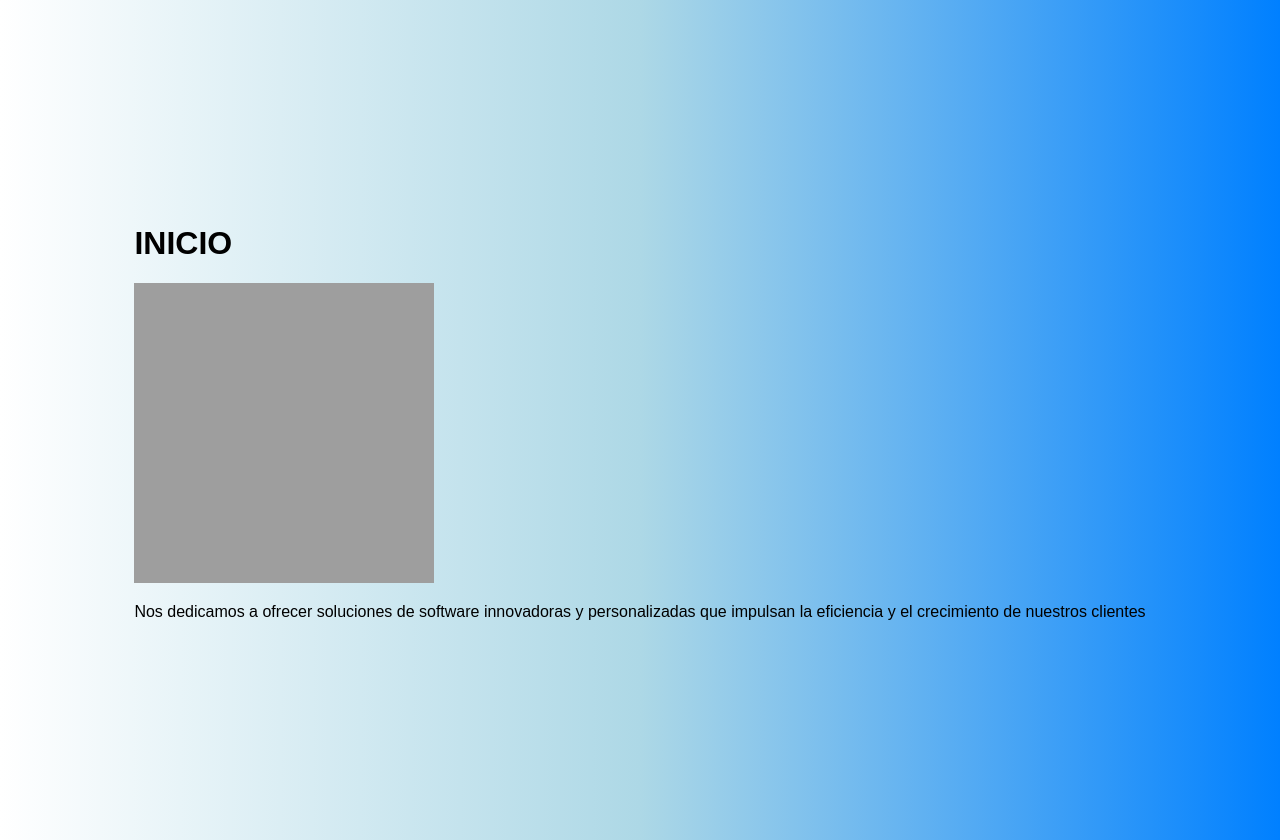
Repository: ANGELEDU141/TAREAWEBEWJASJDASJ
Page: http://localhost/JAVAWEBTAREA/WEB-INF/views/perfil.jsp
These files come from the project's save history. The page is drawn as it stood at one moment and after the next save; the edit follows.
The browser window is 1280 px wide. The pictures show the whole page.
Pictures or frames that could not be fetched are drawn as grey boxes. The page is served by Tomcat 9. Nobody is signed in. Other server files are loaded and not shown. The template is opened directly, without the code that normally fills it, so the values that code supplies are empty.

Above is the page before, as saved 2024-09-01 10:51:57.

### JAVAWEBTAREA/src/main/webapp/WEB-INF/views/perfil.jsp
<%@ page language="java" contentType="text/html; charset=UTF-8"
    pageEncoding="UTF-8"%>
<!DOCTYPE html>
<html>
<head>
<meta charset="UTF-8">
<title>COMPANY CORP</title>
<style type="text/css">


		button{
   			margin-top: 20px;
   			padding: 10px 20px;
            font-size: 16px;
            font-weight: bold;
            color: white;
            background-color: #3498db; /* Color de fondo azul */
            border: none;
            border-radius: 5px; /* Bordes redondeados */
            box-shadow: 0 4px 6px rgba(0, 0, 0, 0.2); /* Sombra sutil */
            cursor: pointer;

   		}

        body {
        margin: 0;
        padding: 60px;
        height: 100vh;
        display: flex;
        align-items:center;
         flex-direction: column;
        justify-content: center; /* Centra horizontalmente */
        align-items: center; /* Centra verticalmente */
        font-family: Arial, sans-serif;
		background: linear-gradient(to right, rgb(255, 255, 255), rgb(173, 216, 230), rgb(0, 128, 255));

    }

   		</style>


</head>
<body>
<div class="container">
        <h1>INICIO</h1>
        <img  width="300" height="300" src="https://static.vecteezy.com/system/resources/previews/008/214/517/non_2x/abstract-geometric-logo-or-infinity-line-logo-for-your-company-free-vector.jpg">
        <p> Nos dedicamos a ofrecer soluciones de software innovadoras y personalizadas que impulsan la eficiencia y el crecimiento de nuestros clientes </p>
    </div>



</body>
</html>

After the next save:
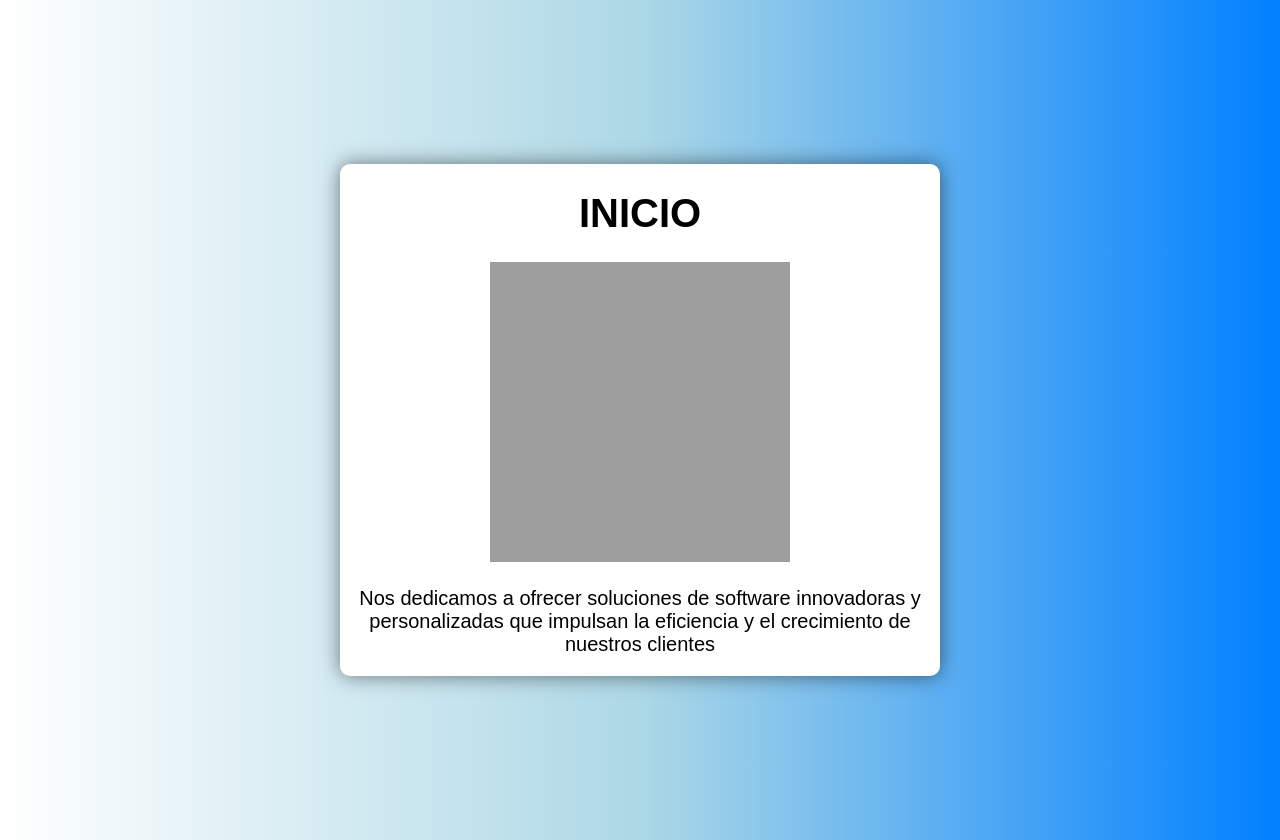
Saved 27 s later.
--- a/JAVAWEBTAREA/src/main/webapp/WEB-INF/views/perfil.jsp
+++ b/JAVAWEBTAREA/src/main/webapp/WEB-INF/views/perfil.jsp
@@ -7,32 +7,28 @@
 <title>COMPANY CORP</title>
 <style type="text/css">
 
-
-		button{
-   			margin-top: 20px;
-   			padding: 10px 20px;
-            font-size: 16px;
-            font-weight: bold;
-            color: white;
-            background-color: #3498db; /* Color de fondo azul */
-            border: none;
-            border-radius: 5px; /* Bordes redondeados */
-            box-shadow: 0 4px 6px rgba(0, 0, 0, 0.2); /* Sombra sutil */
-            cursor: pointer;
-
-   		}
-
-        body {
+   body {
         margin: 0;
         padding: 60px;
         height: 100vh;
         display: flex;
         align-items:center;
          flex-direction: column;
-        justify-content: center; /* Centra horizontalmente */
-        align-items: center; /* Centra verticalmente */
+        justify-content: center;
+        align-items: center;
         font-family: Arial, sans-serif;
 		background: linear-gradient(to right, rgb(255, 255, 255), rgb(173, 216, 230), rgb(0, 128, 255));
+
+    }
+    .container {
+
+        max-width: 600px;
+
+        background-color: white;
+        box-shadow: 0px 0px 20px rgba(0, 0, 0, 0.5);
+        text-align: center;
+        border-radius: 10px;
+        font-size: 20px;
 
     }
 
